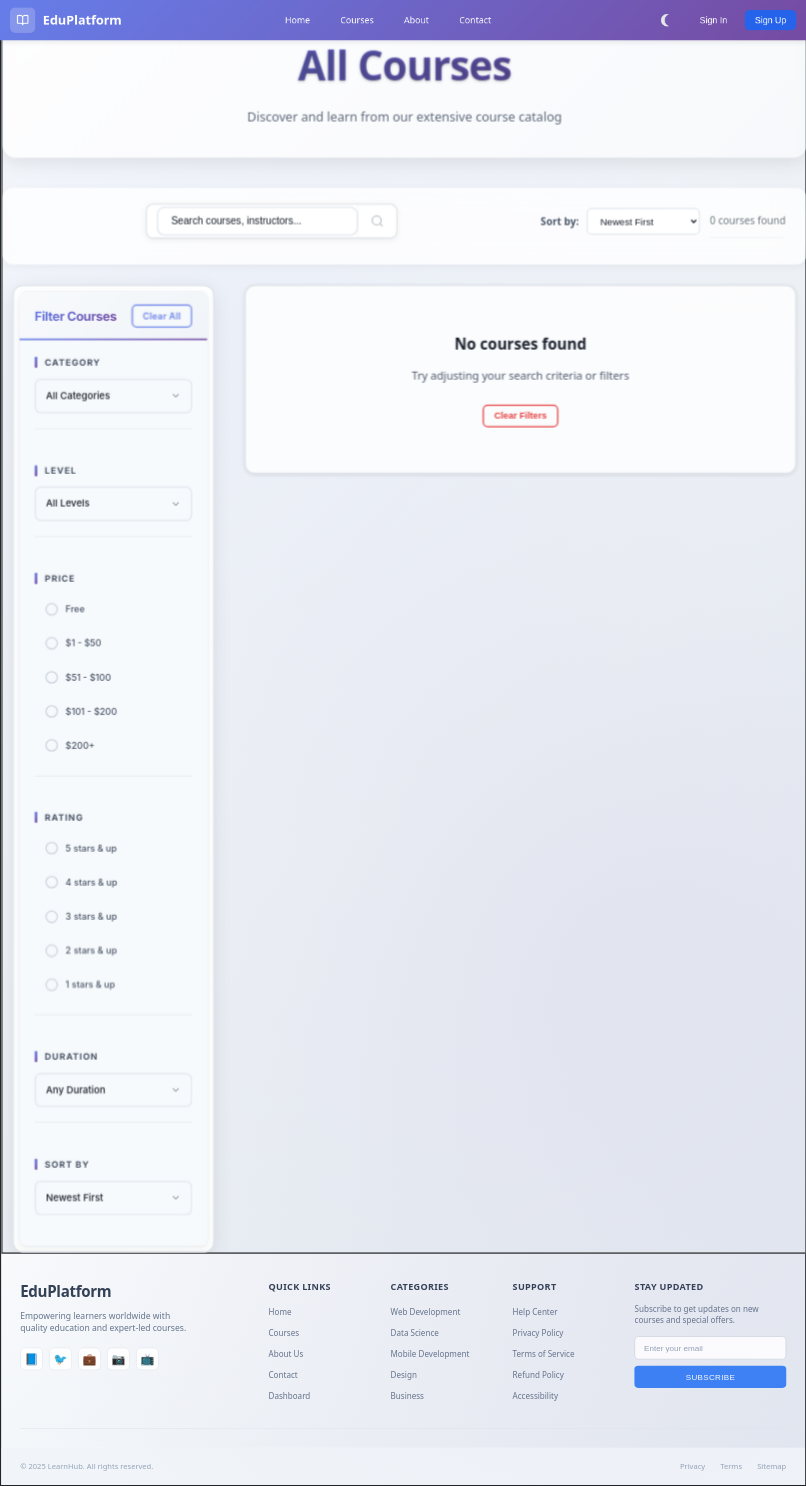
Repository: usama2132/E-Learning
Page: /#/courses (app in client/)
An editor plug-in stored every save of this project. The page is shown before and after the next save, followed by the edit.
The browser window is 1280 px wide. The pictures show the whole page, at 63% of full size.
The page's requests for data from a server got no answer. The project was rebuilt for these pictures with package versions that can differ from the ones it lists, and the page was loaded fresh each time. No one was signed in, and anything a server would have sent is missing. Also part of the build but not shown: client/craco.config.js, client/src/components/common/Sidebar.js, client/src/layouts/DashboardLayout.js, client/src/styles/components/Loading.css, client/src/components/common/Loading.js, client/src/components/common/ProtectedRoute.js, client/src/styles/components/ErrorBoundary.css, client/src/components/common/ErrorBoundary.js and 95 more.

Above is the page before, as saved 2025-09-01 06:15:04.

After the next save:
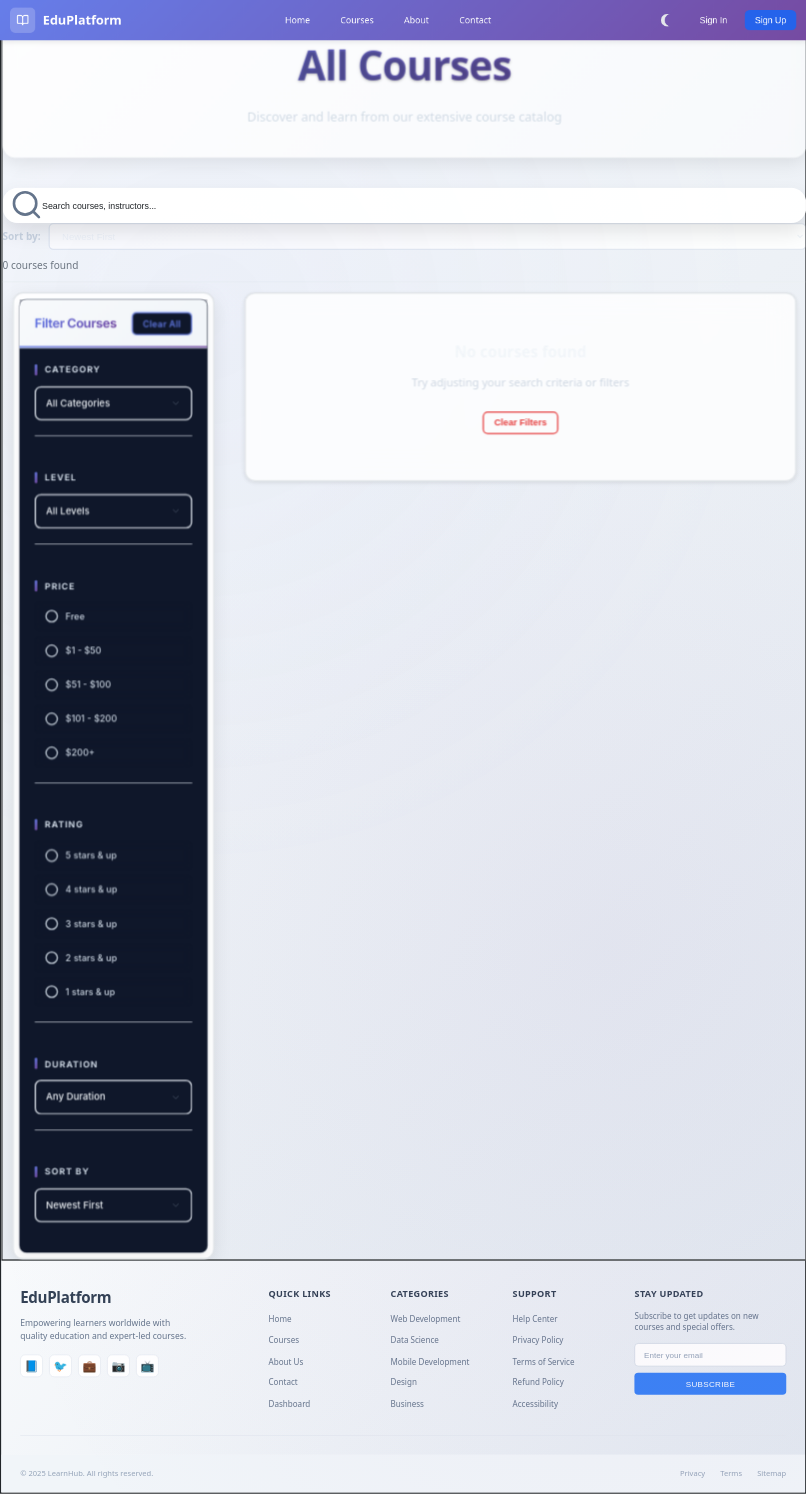
Saved 5 min 4 s later.
--- a/client/src/pages/Courses.js
+++ b/client/src/pages/Courses.js
@@ -4,7 +4,6 @@ import { useAuth } from '../hooks/useAuth';
 import { useTheme } from '../context/ThemeContext';
 import CourseCard from '../components/student/CourseCard';
 import CourseFilters from '../components/common/CourseFilters';
-import SearchBar from '../components/common/SearchBar';
 import Pagination from '../components/common/Pagination';
 import Loading from '../components/common/Loading';
 import '../styles/pages/Courses.css';
@@ -221,26 +220,37 @@ const Courses = () => {
   }
 
   return (
-    <div className={`courses-page ${actualTheme} ${isDarkMode() ? 'dark-mode' : 'light-mode'}`}>
-      <div className="courses-header">
+    <div className={`courses-page ${actualTheme} ${isDarkMode ? 'dark-mode' : 'light-mode'}`}>
+      <div className={`courses-header ${isDarkMode ? 'dark' : 'light'}`}>
         <h1>All Courses</h1>
         <p>Discover and learn from our extensive course catalog</p>
       </div>
 
-      <div className="courses-controls">
-        <div className="search-sort-container">
-          <SearchBar
-            onSearch={handleSearch}
-            placeholder="Search courses, instructors..."
-            value={filters.search || ''}
-          />
+      {/* Integrated Search and Sort Section */}
+      <div className={`search-sort-section ${isDarkMode ? 'dark' : 'light'}`}>
+        <div className="search-container">
+          <div className="search-input-wrapper">
+            <input
+              type="text"
+              placeholder="Search courses, instructors..."
+              value={filters.search || ''}
+              onChange={(e) => handleSearch(e.target.value)}
+              className={`search-input ${isDarkMode ? 'dark' : 'light'}`}
+            />
+            <svg className="search-icon" width="20" height="20" viewBox="0 0 24 24" fill="none" xmlns="http://www.w3.org/2000/svg">
+              <path d="M21 21L16.514 16.506L21 21ZM19 10.5C19 15.194 15.194 19 10.5 19C5.806 19 2 15.194 2 10.5C2 5.806 5.806 2 10.5 2C15.194 2 19 5.806 19 10.5Z" stroke="currentColor" strokeWidth="2" strokeLinecap="round" strokeLinejoin="round"/>
+            </svg>
+          </div>
+        </div>
+
+        <div className="sort-results-container">
           <div className="sort-container">
             <label htmlFor="sort-select">Sort by:</label>
             <select
               id="sort-select"
               value={sortBy}
               onChange={(e) => handleSortChange(e.target.value)}
-              className={isDarkMode() ? 'dark' : 'light'}
+              className={`sort-select ${isDarkMode ? 'dark' : 'light'}`}
             >
               <option value="newest">Newest First</option>
               <option value="oldest">Oldest First</option>
@@ -250,23 +260,23 @@ const Courses = () => {
               <option value="popular">Most Popular</option>
             </select>
           </div>
-        </div>
-
-        <div className="results-info">
-          <span>{pagination?.totalCourses || courses?.length || 0} courses found</span>
-          {(filters.search || filters.category || filters.level || filters.rating) && (
-            <button
-              onClick={clearFilters}
-              className={`clear-filters-btn ${isDarkMode() ? 'dark' : 'light'}`}
-            >
-              Clear All Filters
-            </button>
-          )}
+
+          <div className="results-info">
+            <span>{pagination?.totalCourses || courses?.length || 0} courses found</span>
+            {(filters.search || filters.category || filters.level || filters.rating) && (
+              <button
+                onClick={clearFilters}
+                className={`clear-filters-btn ${isDarkMode ? 'dark' : 'light'}`}
+              >
+                Clear All Filters
+              </button>
+            )}
+          </div>
         </div>
       </div>
 
       <div className="courses-content">
-        <aside className={`filters-sidebar ${actualTheme}`}>
+        <aside className={`filters-sidebar ${actualTheme} ${isDarkMode ? 'dark' : 'light'}`}>
           <CourseFilters
             filters={filters}
             onFilterChange={handleFilterChange}
@@ -296,12 +306,12 @@ const Courses = () => {
               )}
             </>
           ) : (
-            <div className={`no-courses ${actualTheme}`}>
+            <div className={`no-courses ${actualTheme} ${isDarkMode ? 'dark' : 'light'}`}>
               <h3>No courses found</h3>
               <p>Try adjusting your search criteria or filters</p>
               <button
                 onClick={clearFilters}
-                className={`clear-filters-btn ${isDarkMode() ? 'dark' : 'light'}`}
+                className={`clear-filters-btn ${isDarkMode ? 'dark' : 'light'}`}
               >
                 Clear Filters
               </button>
